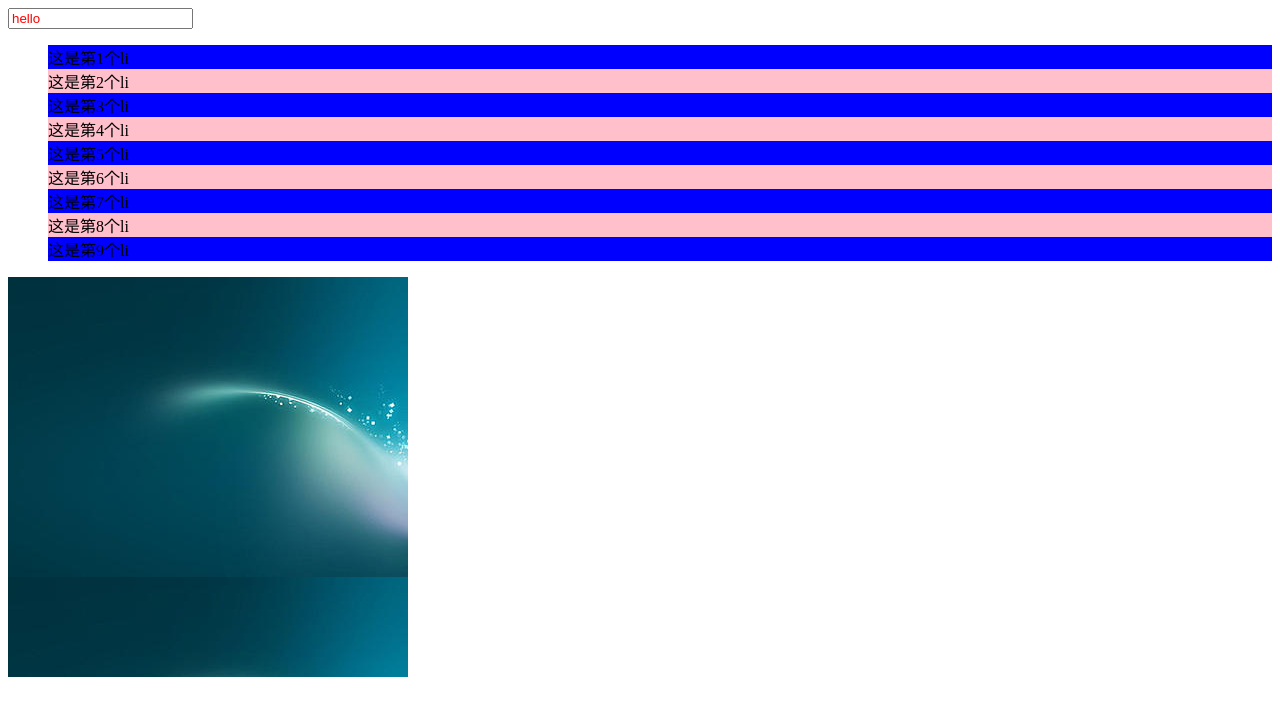
Repository: chenguocan/Webpack_demo_01
Page: /
These files come from the project's save history. The page is drawn as it stood at one moment and after the next save; the edit follows.
The browser window is 1280 px wide. The pictures show the whole page.
The project was rebuilt for these pictures with package versions that can differ from the ones it lists, and the page was loaded fresh each time. Also part of the build but not shown: webpack.config.js.

Above is the page before, as saved 2020-08-01 11:42:30.
Console error: TypeError: import_vue2.default is not a constructor

### src/index.html
<!DOCTYPE html>
<html lang="en">
  <head>
    <meta charset="UTF-8" />
    <meta name="viewport" content="width=device-width, initial-scale=1.0" />
    <title>Document</title>
  </head>
  <script src="/bundle.js"></script>
  <body>
    <input type="text" placeholder="hello" />
    <ul>
      <li>这是第1个li</li>
      <li>这是第2个li</li>
      <li>这是第3个li</li>
      <li>这是第4个li</li>
      <li>这是第5个li</li>
      <li>这是第6个li</li>
      <li>这是第7个li</li>
      <li>这是第8个li</li>
      <li>这是第9个li</li>
    </ul>
    <div id="box"></div>
  </body>
</html>

### src/index.js
import $ from 'jquery';
import './css/index.css';
import App from './components/App.vue';
import Vue from 'vue';
$(function() {
  $('li:odd').css('backgroundColor', 'pink');
  $('li:even').css('backgroundColor', 'blue');
});

class Person {
  static info = 'aaa';
}
console.log(Person.info);
const vm = new Vue({
  el: '#app',
  render: (h) => h(App),
});

### src/css/index.css
li {
  list-style: none;
}
::placeholder {
  color: red;
}

#box {
  height: 400px;
  width: 400px;
  background: url("../images/1.jpg");
}

### src/components/App.Vue
<template>
  <div>
    <h1>这是 App 根组件</h1>
  </div>
</template>

<script>
export default {
  data() {
    return {};
  },
  methods: {},
};
</script>

<style scoped>
h1 {
  color: red;
}
</style>

After the next save:
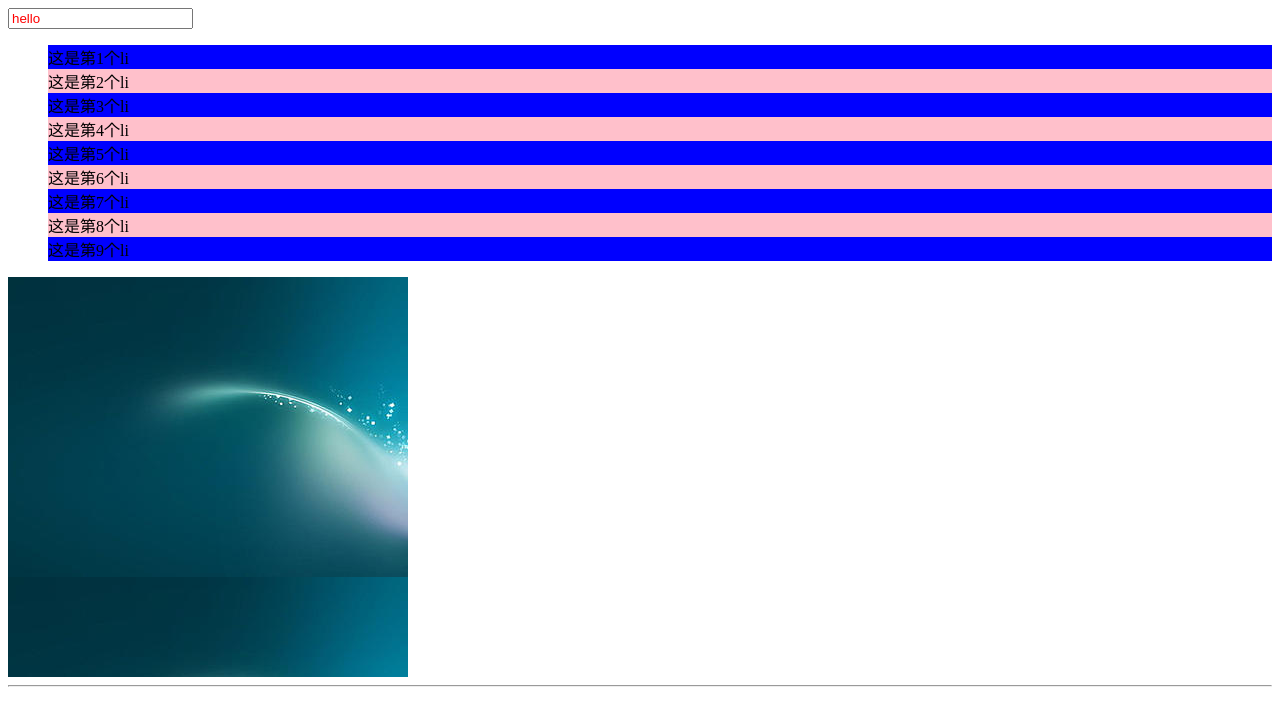
Saved 70 s later.
--- a/src/index.html
+++ b/src/index.html
@@ -20,5 +20,7 @@
       <li>这是第9个li</li>
     </ul>
     <div id="box"></div>
+    <hr />
+    <div id="app"></div>
   </body>
 </html>
